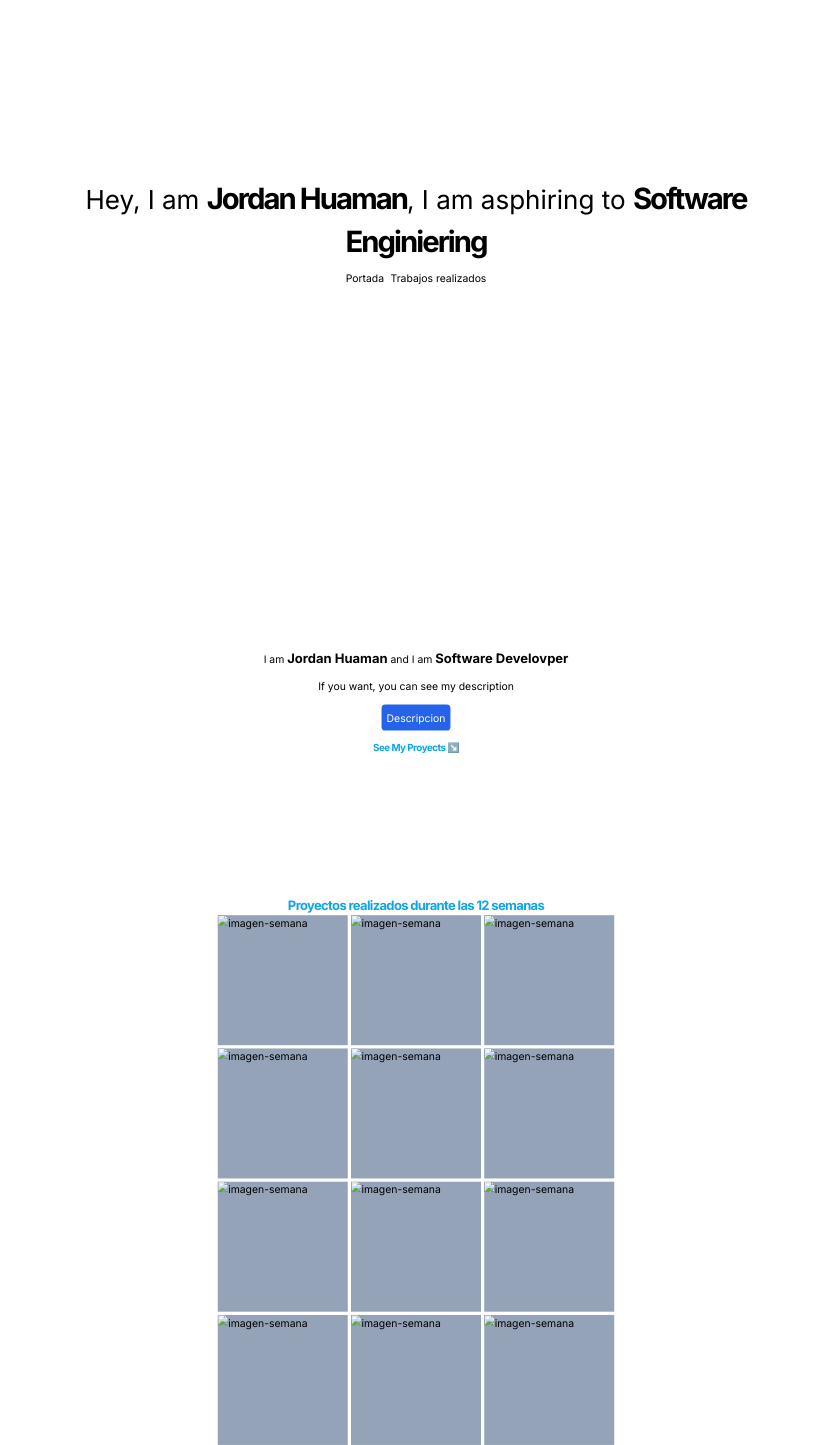
Repository: devsecops-node/portafolio-nextj-pages
Page: /
The author's editor kept a copy of each file at every save. The page is drawn from the files as they stood at one save, then again after the next save.
The browser window is 1280 px wide. The pictures show the whole page, at 65% of full size.
The project was rebuilt for these pictures with package versions that can differ from the ones it lists, and the page was loaded fresh each time. The framework's server and built-in components were replaced by stand-ins that run in the browser. Also part of the build but not shown: next.config.js, src/components/Modal.jsx, src/styles/transitionPage.module.css.

Above is the page before, as saved 2024-01-15 04:47:09.

After the next save:
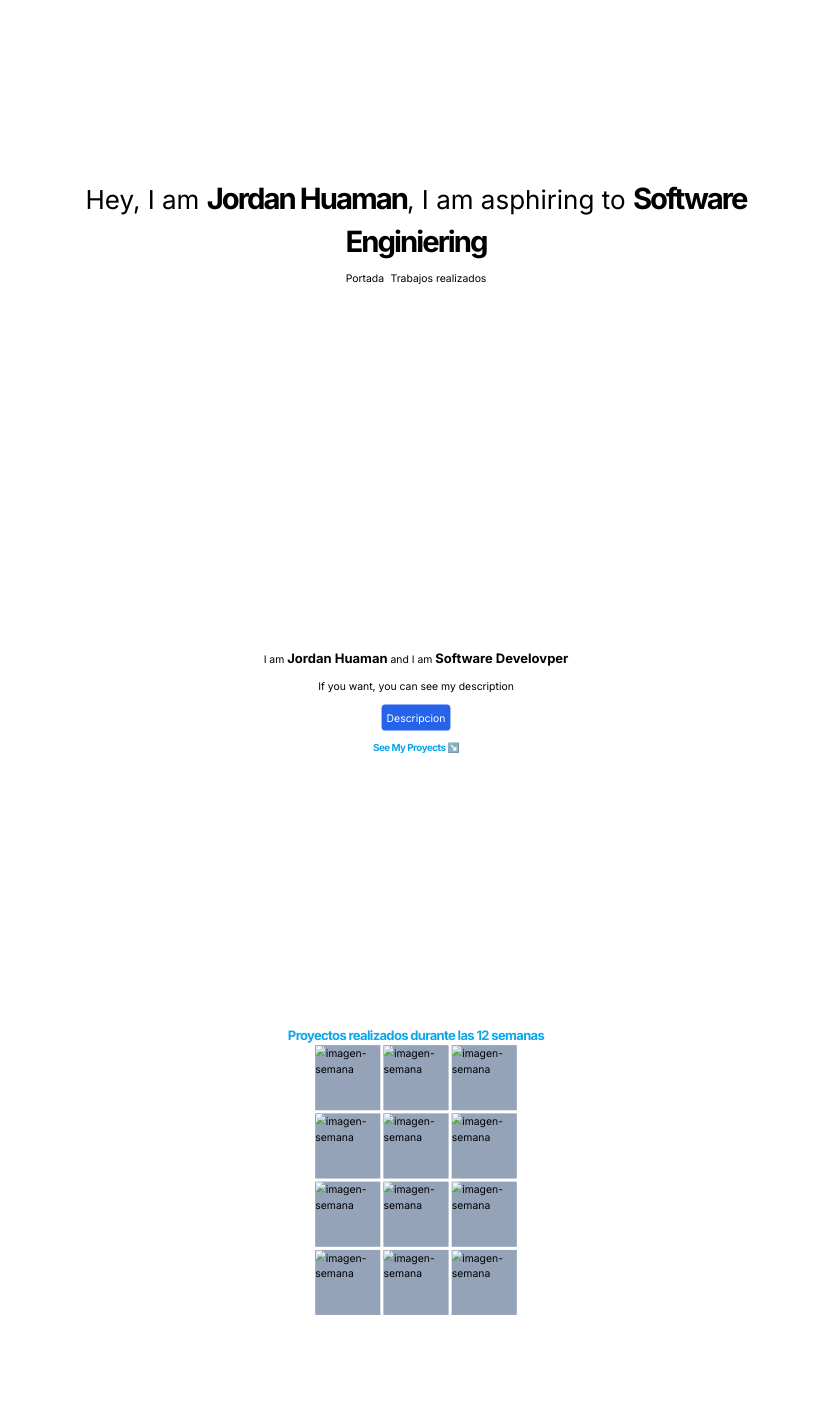
Saved 20 s later.
--- a/src/components/Card.jsx
+++ b/src/components/Card.jsx
@@ -2,8 +2,8 @@ import React from 'react'
 
 const Card = () => {
   return (
-    <section>
-      <img src="" alt="imagen-semana" width={200} height={200} className='bg-slate-400' />
+    <section className='bg-slate-300'>
+      <img src="" alt="imagen-semana" width={100} height={100} className='bg-slate-400' />
     </section>
   )
 }
